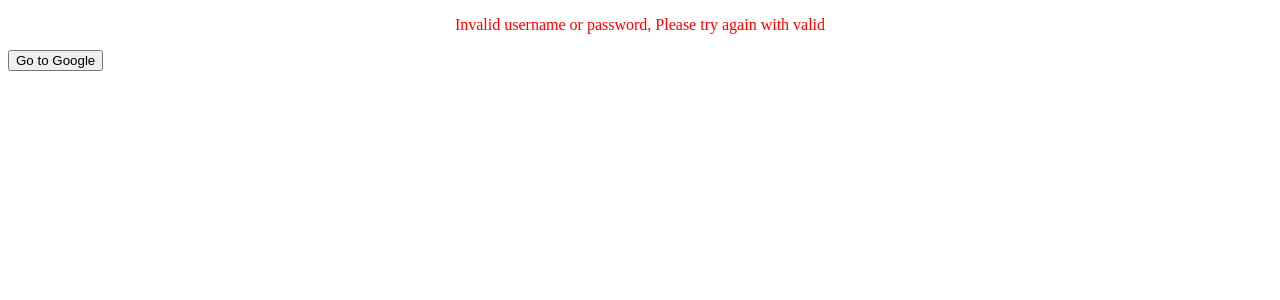
Repository: Berilinanir/Login-Logout-System
Page: Loginn/WebContent/error.html
The author's editor kept a copy of each file at every save. The page is drawn from the files as they stood at one save, then again after the next save.
The browser window is 1280 px wide. The pictures show the whole page.

Above is the page before, as saved 2018-10-14 09:14:06.

### Loginn/WebContent/error.html
<!DOCTYPE html>
<html>
<head>
<meta charset="UTF-8">
<title>Insert title here</title>



<link rel="stylesheet" href="style4.css">



</head>
<body>



<p style="color:red" align="center"  >Invalid username or password, Please try again with valid </p>





</body>

<form action="login.html">
    <input type="submit" value="Go to Google" />
</form>
</html>

Loaded but not shown: Loginn/WebContent/style4.css (common file)

After the next save:
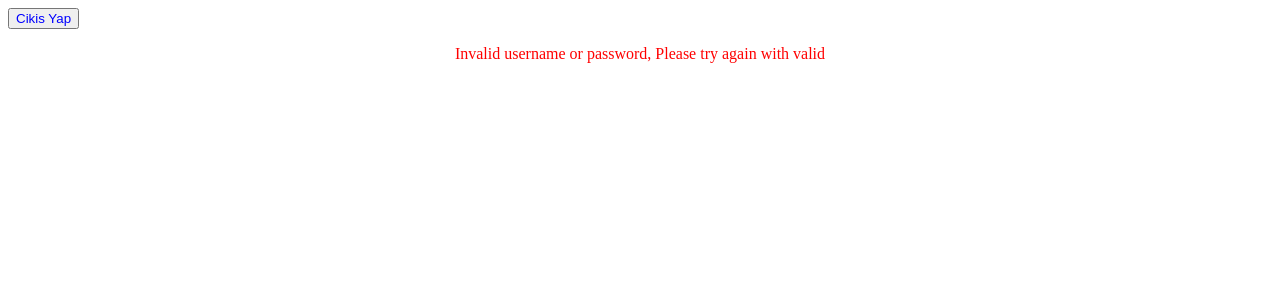
Saved 95 s later.
--- a/Loginn/WebContent/error.html
+++ b/Loginn/WebContent/error.html
@@ -13,6 +13,7 @@
 </head>
 <body>
 
+<input type="button" onClick="location.href='login.html'" value='Cikis Yap' class="btn" style="color:blue" >
 
 
 <p style="color:red" align="center"  >Invalid username or password, Please try again with valid </p>
@@ -23,7 +24,5 @@
 
 </body>
 
-<form action="login.html">
-    <input type="submit" value="Go to Google" />
-</form>
+
 </html>
